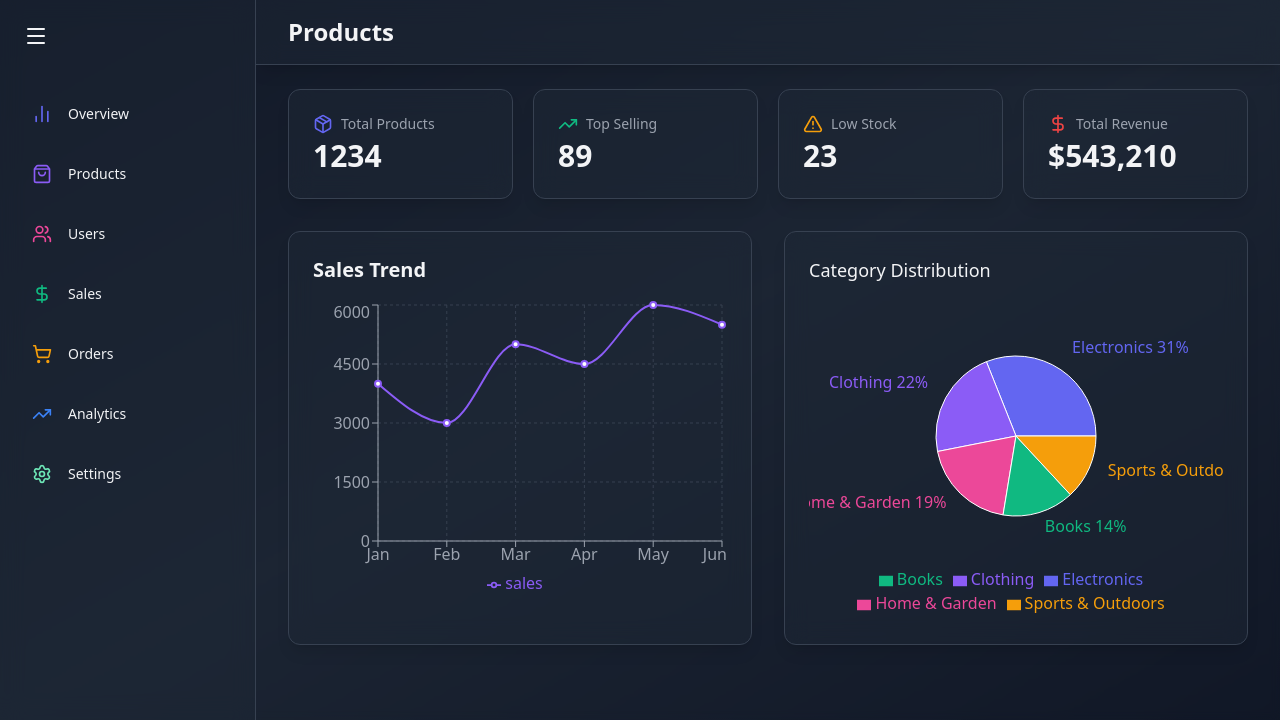
Repository: Abdirabi11/React-dashboard
Page: /products
These files come from the project's save history. The page is drawn as it stood at one moment and after the next save; the edit follows.
The browser window is 1280 px wide. The pictures show the whole page.
The project was rebuilt for these pictures with package versions that can differ from the ones it lists, and the page was loaded fresh each time. Also part of the build but not shown: vite.config.js, src/components/overview/SalesOverviewChart.jsx, src/components/overview/SalesChannelChart.jsx, src/pages/OverviewPage.jsx, src/pages/UsersPage.jsx, src/pages/SalesPage.jsx, src/pages/OrdersPage.jsx, src/pages/AnalyticsPage.jsx and 1 more.

Above is the page before, as saved 2025-07-18 18:52:13.

After the next save:
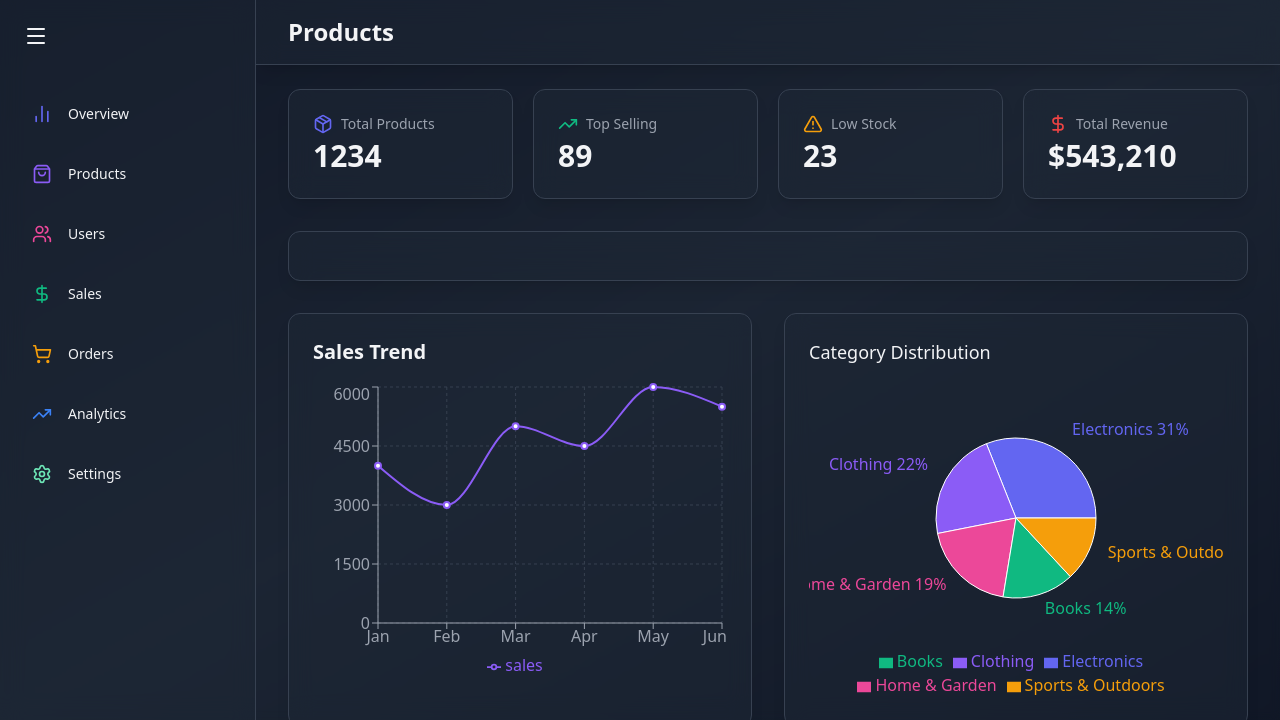
Saved 4 min 52 s later.
--- a/src/components/products/ProductsTable.jsx
+++ b/src/components/products/ProductsTable.jsx
@@ -12,9 +12,14 @@ const PRODUCT_DATA = [
 
 const ProductsTable = () => {
 	return (
-		<div>
+		<motion.div
+		    className="bg-gray-800 bg-opacity-50 backdrop-blur-md shadow-lg rounded-xl p-6 border border-gray-700 mb-8"
+		    initial={{ opacity: 0, y: 20 }}
+			animate={{ opacity: 1, y: 0 }}
+			transition={{ delay: 0.2 }}
+		>
 
-		</div>
+		</motion.div>
 	)
 };
 export default ProductsTable;
